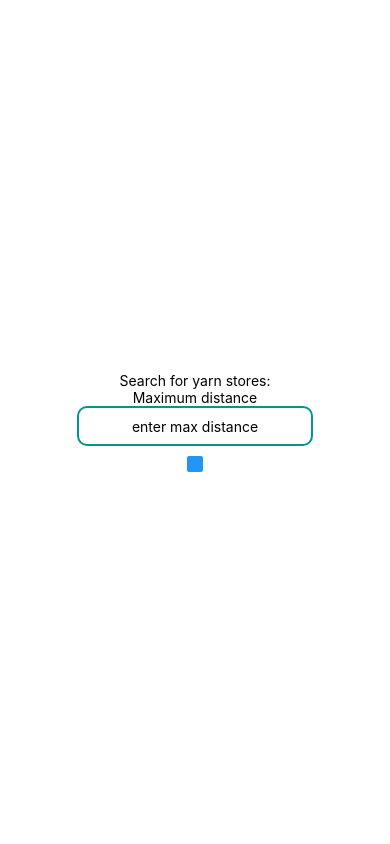
Repository: anuslorah/StashEnhancer
Screen: / (app in StashEnhancer1/)
The author's editor kept a copy of each file at every save. The screen is drawn from the files as they stood at one save, then again after the next save.
The app was drawn by React Native's web renderer in a window 390 px wide. The project was rebuilt for these pictures with package versions that can differ from the ones it lists, and the page was loaded fresh each time.

Above is the screen before, as saved 2019-06-27 18:02:24.

After the next save:
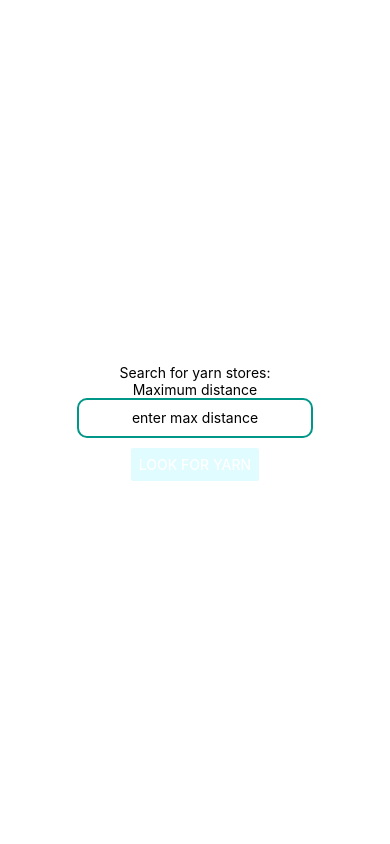
Saved 106 s later.
--- a/StashEnhancer1/App.js
+++ b/StashEnhancer1/App.js
@@ -10,7 +10,12 @@ export default function App() {
           underlineColorAndroid='transparent'
           style={styles.TextInputStyle}
           keyboardType={'numeric'}></TextInput>
-      <Button>look for yarn!</Button>
+      <Button
+        // onPress={onPressLearnMore}
+        title="look for yarn"
+        color="#e1fcff"
+        accessibilityLabel="search for yarn stores"
+      />
     </View>
   );
 }
